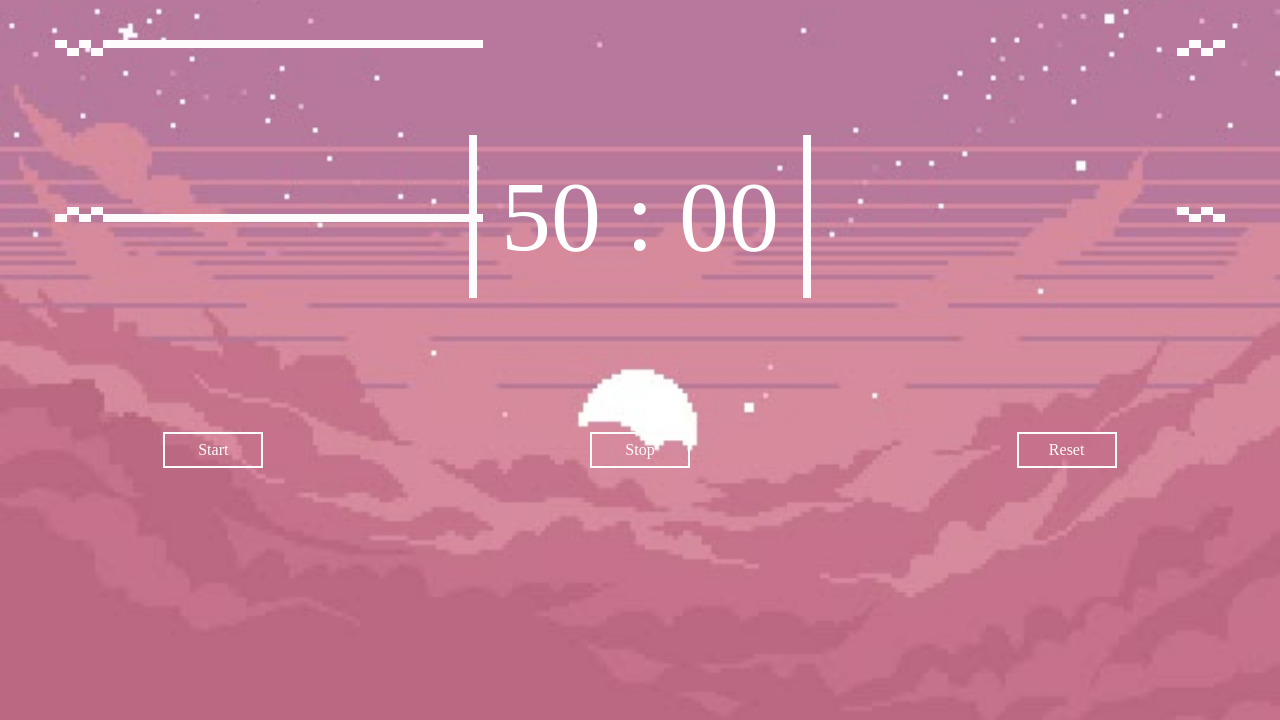
Repository: niharikapatil2306/Study-Timer
Page: index.html
An editor plug-in stored every save of this project. The page is shown before and after the next save, followed by the edit.
The browser window is 1280 px wide. The pictures show the whole page.
Backgrounds fixed to the window are drawn as part of the page. Some web fonts or font styles are not loaded; a fallback is used.

Above is the page before, as saved 2025-02-18 18:27:09.

### index.html
<!DOCTYPE html>
<html lang="en">
<head>
    <meta charset="UTF-8">
    <meta name="viewport" content="width=device-width, initial-scale=1.0">
    <title>Study Timer</title>
    <link href="https://fonts.googleapis.com/css2?family=Doto:wght@100..900&family=Jersey+15&family=Pixelify+Sans:wght@400..700&display=swap" rel="stylesheet">
    <link rel="stylesheet" href="style.css" />
</head>
<body style="background-color: black;">
    <div class="container">

        <div class="timer">
            <div class="pixel">
                <div class="square1"></div>
                <div class="square13"></div>
                <div class="square2"></div>
                <div class="square14"></div>
                <div class="square3"></div>
                <div class="line1"></div>
            </div>
            <div class="pixel">
                <div class="square4"></div>
                <div class="square15"></div>
                <div class="square5"></div>
                <div class="square16"></div>
                <div class="square6"></div>
            </div>

            <div class="pixel">
                <div class="square7"></div>
                <div class="square17"></div>
                <div class="square8"></div>
                <div class="square18"></div>
                <div class="square9"></div>
                <div class="line2"></div>
            </div>
            <div class="pixel">
                <div class="square10"></div>
                <div class="square19"></div>
                <div class="square11"></div>
                <div class="square20"></div>
                <div class="square12"></div>
            </div>

            <div class="box">
                <span id="min">
                    50
                </span>
                :
                <span id="sec">
                    00
                </span>
            </div>
        </div>
        <div class="button_container">
            <button id="start">
                Start
            </button>
            <button id="stop">
                Stop
            </button>
            <button id="reset">
                Reset
            </button>
        </div>
    </div>
    <script src="./clock.js"></script>
</body>
</html>

### style.css
body {
    margin: 0;
    padding: 0;
    background: url("./img/bg.jpeg") no-repeat center center fixed;
    background-size: cover;
}

.container{
    height: 100vh;
}

.box{
    border-left: 8px solid #FDFBFC;
    border-right: 8px solid #FDFBFC;
    padding: 24px;
}

.square1{
    position: fixed;
    height: 8px;
    width: 12px;
    left: 47px;
    top: 72px;
    background-color: transparent;
}

.square2{
    position: fixed;
    height: 8px;
    width: 12px;
    left: 55px;
    top: 40px;
    background-color: #FDFBFC;
}

.square3{
    position: fixed;
    height: 8px;
    width: 12px;
    left: 79px;
    top: 40px;
    background-color: #FDFBFC;
}

.line1{
    position: fixed;
    height: 8px;
    width: 380px;
    left: 103px;
    top: 40px;
    background-color: #FDFBFC;
}

.square4{
    position: fixed;
    height: 8px;
    width: 12px;
    right: 79px;
    top: 40px;
    background-color: #FDFBFC;
}

.square5{
    position: fixed;
    height: 8px;
    width: 12px;
    right: 55px;
    top: 40px;
    background-color: #FDFBFC;
}

.square6{
    position: fixed;
    height: 8px;
    width: 12px;
    right: 47px;
    top: 40px;
    background-color: transparent;
}

.square7{
    position: fixed;
    height: 8px;
    width: 12px;
    left: 47px;
    top: 191px;
    background-color: transparent;
}

.square8{
    position: fixed;
    height: 8px;
    width: 12px;
    left: 55px;
    top: 214px;
    background-color: #FDFBFC;
}

.square9{
    position: fixed;
    height: 8px;
    width: 12px;
    left: 79px;
    top: 214px;
    background-color: #FDFBFC;
}

.line2{
    position: fixed;
    height: 8px;
    width: 380px;
    left: 103px;
    top: 214px;
    background-color: #FDFBFC;
}

.square10{
    position: fixed;
    height: 8px;
    width: 12px;
    right: 79px;
    top: 214px;
    background-color: #FDFBFC;
}

.square11{
    position: fixed;
    height: 8px;
    width: 12px;
    right: 55px;
    top: 214px;
    background-color: #FDFBFC;
}

.square12{
    position: fixed;
    height: 8px;
    width: 12px;
    right: 47px;
    top: 208px;
    background-color: transparent;
}

.square13{
    position: fixed;
    height: 8px;
    width: 12px;
    left: 67px;
    top: 48px;
    background-color: #FDFBFC;
}

.square14{
    position: fixed;
    height: 8px;
    width: 12px;
    left: 91px;
    top: 48px;
    background-color: #FDFBFC;
}

.square15{
    position: fixed;
    height: 8px;
    width: 12px;
    right: 67px;
    top: 48px;
    background-color: #FDFBFC;
}

.square16{
    position: fixed;
    height: 8px;
    width: 12px;
    right: 91px;
    top: 48px;
    background-color: #FDFBFC;
}

.square17{
    position: fixed;
    height: 8px;
    width: 12px;
    right: 91px;
    top: 207px;
    background-color: #FDFBFC;
}

.square18{
    position: fixed;
    height: 8px;
    width: 12px;
    right: 67px;
    top: 207px;
    background-color: #FDFBFC;
}

.square19{
    position: fixed;
    height: 8px;
    width: 12px;
    left: 67px;
    top: 207px;
    background-color: #FDFBFC;
}

.square20{
    position: fixed;
    height: 8px;
    width: 12px;
    left: 91px;
    top: 207px;
    background-color: #FDFBFC;
}

.timer{
    font-family: "Jersey 15", serif;
    height: 60vh;
    font-size: 100px;
    color: white;
    display: flex;
    align-items: center;
    justify-content: center;
    font-weight: 100;
    font-variation-settings: "ROND" 0;
}

.button_container{
    display: flex;
    align-items: center;
    justify-content: space-around;
}

button{
    font-family: "Jersey 15", serif;
    border: 2px solid #FDFBFC;
    height: 36px;
    width: 100px;
    background-color: transparent;
    font-size: 16px;
    color: #FDFBFC;
}

/* .start{

} */

### clock.js
let timer;
let timeLeft = 50*60 // 50 minutes
const min = document.getElementById("min");
const sec = document.getElementById("sec");
const startBtn = document.getElementById("start");
const resetBtn = document.getElementById("reset");
const stopBtn = document.getElementById("stop");

function updateDisplay(){
    let minutes = Math.floor(timeLeft/60);
    let seconds = timeLeft%60;
    min.textContent = minutes.toString().padStart(2, "0");
    sec.textContent = seconds.toString().padStart(2, "0");
}

startBtn.addEventListener("click", () => {
    if(!timer){
        timer = setInterval(() => {
            if(timeLeft>0){
                timeLeft--;
                updateDisplay();
            }
            else{
                clearInterval(timer);
                timer = null;
                alert("Take a break!!")
            }
        }, 1000);
    }
});

resetBtn.addEventListener("click", () => {
    clearInterval(timer);
    timer = null;
    timeLeft = 50*60;
    updateDisplay();
});

stopBtn.addEventListener("click", () =>{
    clearInterval(timer);
    timer = null;
})

After the next save:
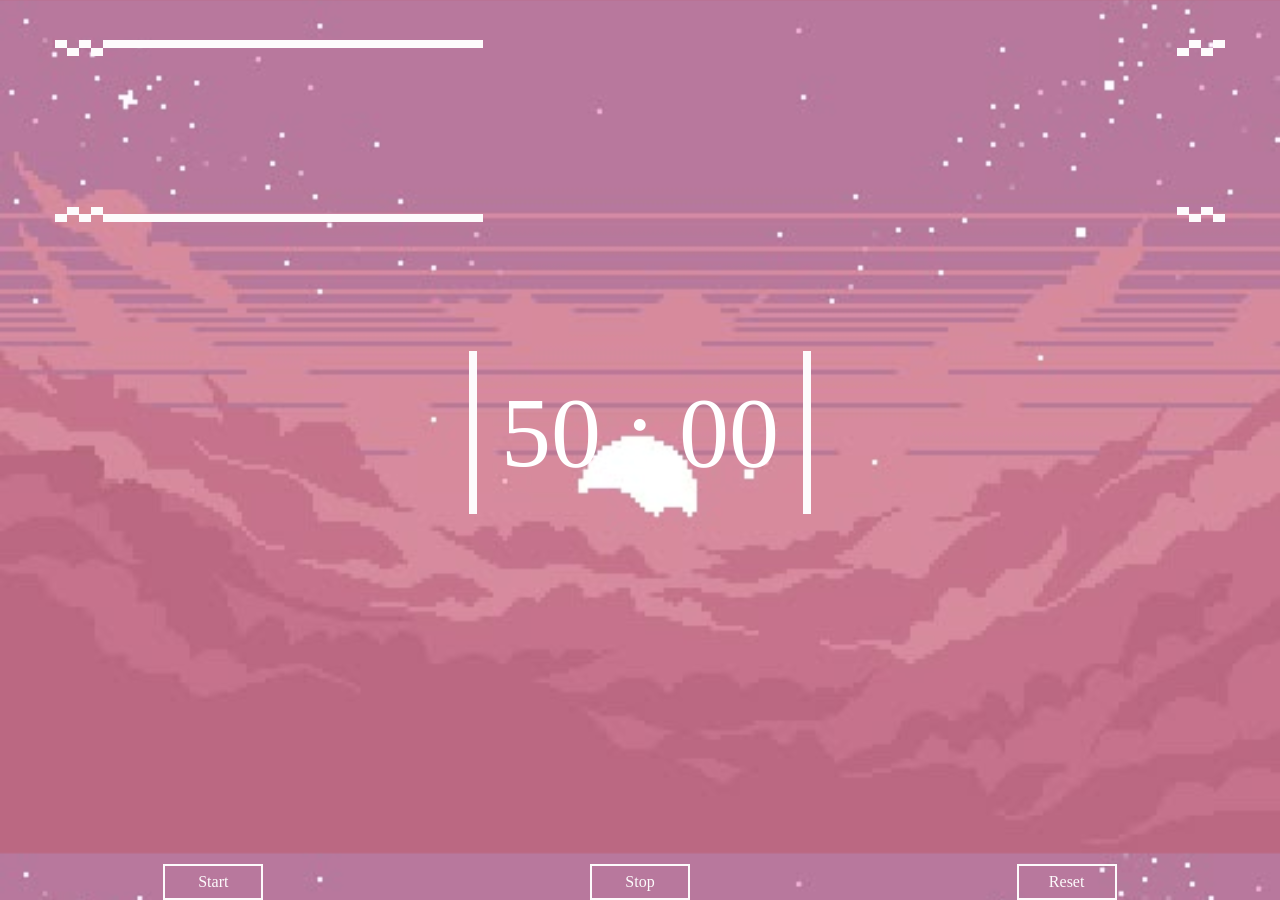
Saved 108 s later.
--- a/style.css
+++ b/style.css
@@ -215,7 +215,7 @@
 
 .timer{
     font-family: "Jersey 15", serif;
-    height: 60vh;
+    height: 120vh;
     font-size: 100px;
     color: white;
     display: flex;

After the save that followed:
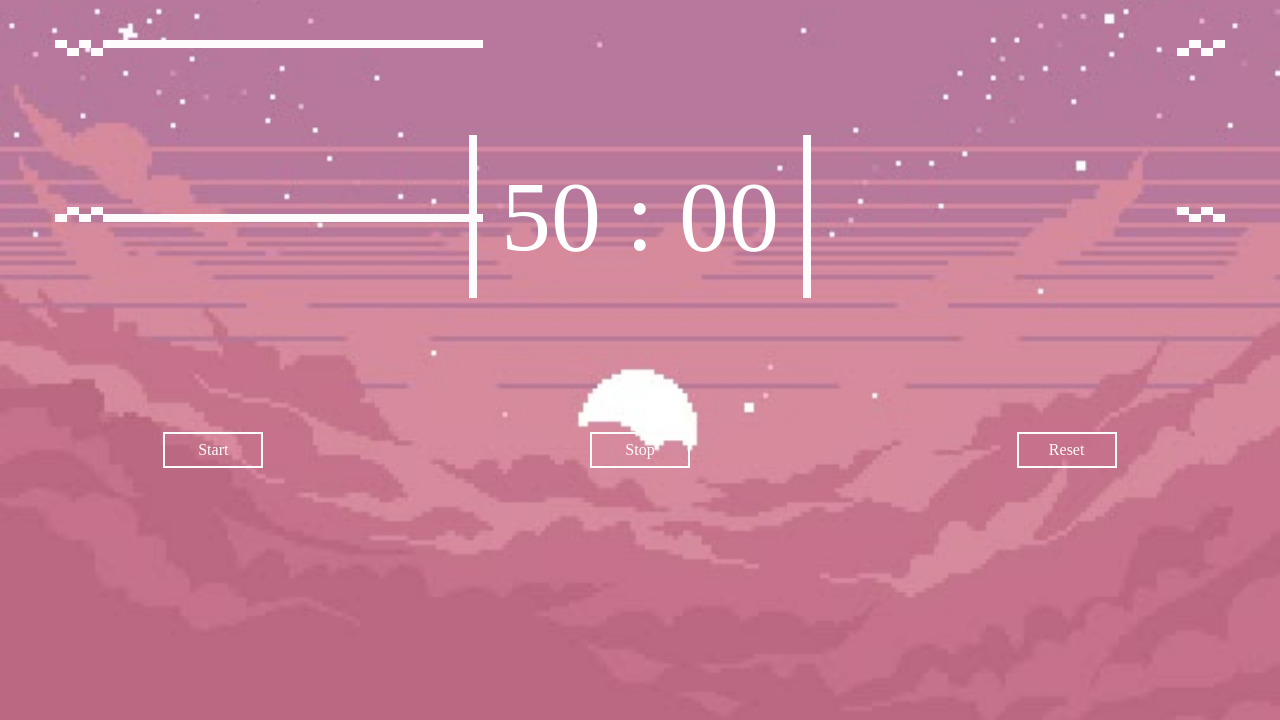
Saved 5 s later.
--- a/style.css
+++ b/style.css
@@ -215,7 +215,7 @@
 
 .timer{
     font-family: "Jersey 15", serif;
-    height: 120vh;
+    height: 60vh;
     font-size: 100px;
     color: white;
     display: flex;
